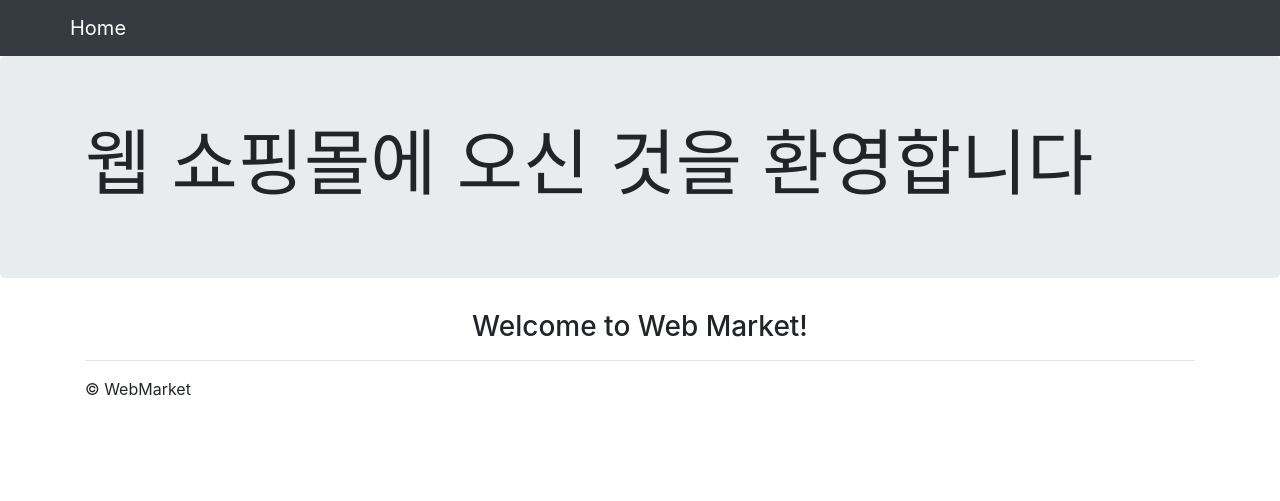
Repository: pojh5090/JspProgramming
Page: http://localhost/WebMarket/Welcome.jsp
The author's editor kept a copy of each file at every save. The page is drawn from the files as they stood at one save, then again after the next save.
The browser window is 1280 px wide. The pictures show the whole page.
The page is served by Tomcat 9.

Above is the page before, as saved 2020-03-16 07:05:29.

After the next save:
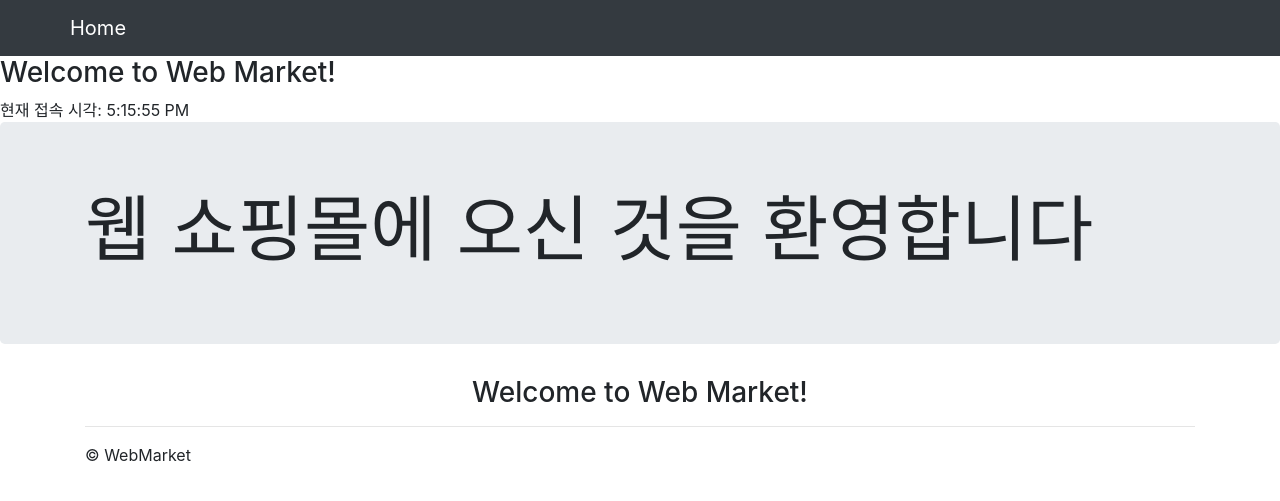
Saved 4 min 51 s later.
--- a/WebMarket/WebContent/Welcome.jsp
+++ b/WebMarket/WebContent/Welcome.jsp
@@ -20,6 +20,24 @@
 	<%! String greeting = "웹 쇼핑몰에 오신 것을 환영합니다";
 		String tagline = "Welcome to Web Market!";
 	%>
+	<h3>
+		<%=tagline%>
+	</h3>
+	<%
+		Date day = new java.util.Date();
+		String am_pm;
+		int hour = day.getHours();
+		int minute = day.getMinutes();
+		int second = day.getSeconds();
+		if( hour / 12 == 0) {
+			am_pm = "AM";
+		} else {
+			am_pm = "PM";
+			hour = hour - 12;
+		}
+		String CT = hour + ":" + minute + ":" + second + " " + am_pm;
+		out.println("현재 접속 시각: " + CT + "\n");
+	%>
 	<div class="jumbotron">
 		<div class="container">
 			<h1 class ="display-3">

After the save that followed:
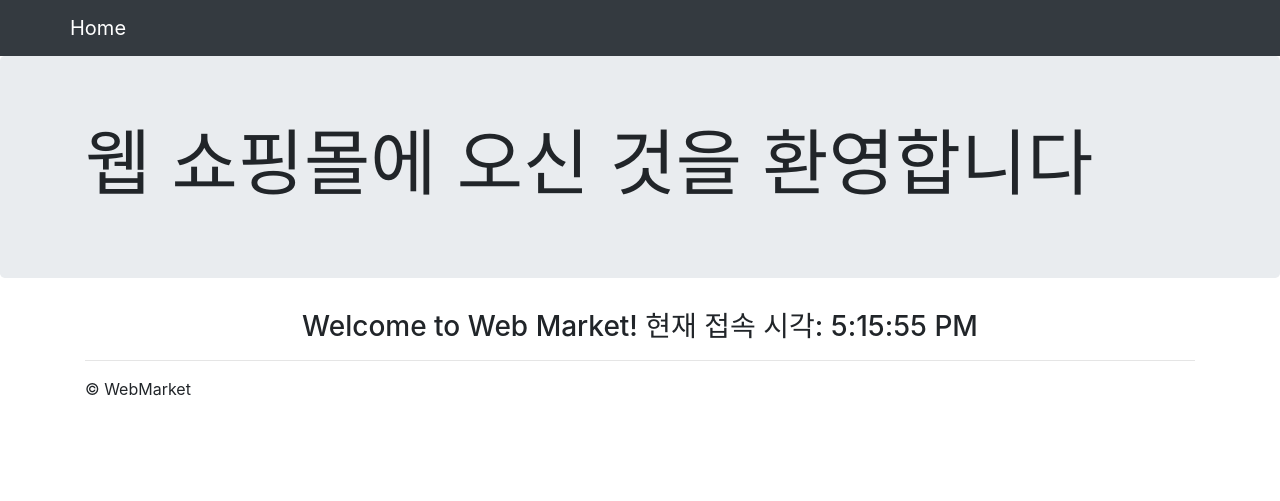
Saved 59 s later.
--- a/WebMarket/WebContent/Welcome.jsp
+++ b/WebMarket/WebContent/Welcome.jsp
@@ -20,24 +20,7 @@
 	<%! String greeting = "웹 쇼핑몰에 오신 것을 환영합니다";
 		String tagline = "Welcome to Web Market!";
 	%>
-	<h3>
-		<%=tagline%>
-	</h3>
-	<%
-		Date day = new java.util.Date();
-		String am_pm;
-		int hour = day.getHours();
-		int minute = day.getMinutes();
-		int second = day.getSeconds();
-		if( hour / 12 == 0) {
-			am_pm = "AM";
-		} else {
-			am_pm = "PM";
-			hour = hour - 12;
-		}
-		String CT = hour + ":" + minute + ":" + second + " " + am_pm;
-		out.println("현재 접속 시각: " + CT + "\n");
-	%>
+
 	<div class="jumbotron">
 		<div class="container">
 			<h1 class ="display-3">
@@ -49,7 +32,21 @@
 		<div class="text-center">
 			<h3>
 				<%= tagline %>
-			</h3>
+		<%
+			Date day = new java.util.Date();
+			String am_pm;
+			int hour = day.getHours();
+			int minute = day.getMinutes();
+			int second = day.getSeconds();
+			if( hour / 12 == 0) {
+				am_pm = "AM";
+			} else {
+				am_pm = "PM";
+				hour = hour - 12;
+			}
+			String CT = hour + ":" + minute + ":" + second + " " + am_pm;
+			out.println("현재 접속 시각: " + CT + "\n");
+		%>
 		</div>
 		<hr>
 	</div>
